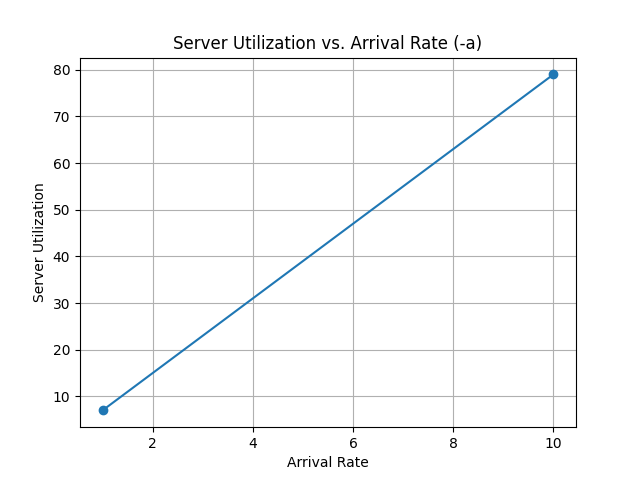
Repository: kingsoneight/CS350-Computer-System
Script's output: python hw1/eval2d.py
These files come from the project's save history. The script's output is drawn as it stood at one moment and after the next save; the edit follows.
Random numbers start from a fixed seed.

Above is the script's output before, as saved 2023-09-21 03:11:29.

### hw1/eval2d.py
import subprocess
import matplotlib.pyplot as plt

a_values = list(range(1, 13))

a_parameters = [1,10]
server_utilization = [7,79,]



plt.plot(a_parameters, server_utilization, marker='o')
plt.xlabel('Arrival Rate')
plt.ylabel('Server Utilization')
plt.title('Server Utilization vs. Arrival Rate (-a)')
plt.grid(True)
plt.show()

After the next save:
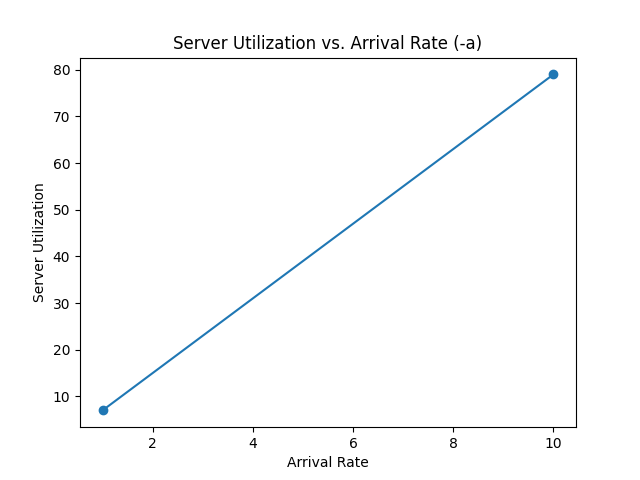
Saved 21 s later.
--- a/hw1/eval2d.py
+++ b/hw1/eval2d.py
@@ -12,5 +12,4 @@ plt.plot(a_parameters, server_utilization, marker='o')
 plt.xlabel('Arrival Rate')
 plt.ylabel('Server Utilization')
 plt.title('Server Utilization vs. Arrival Rate (-a)')
-plt.grid(True)
 plt.show()
